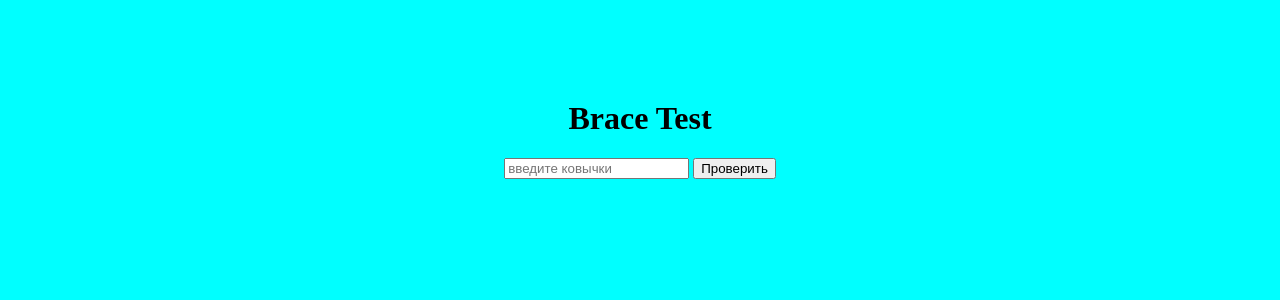
Repository: PGVlasov/braces
Page: index.html
These files come from the project's save history. The page is drawn as it stood at one moment and after the next save; the edit follows.
The browser window is 1280 px wide. The pictures show the whole page.

Above is the page before, as saved 2021-04-06 19:55:23.

After the next save:
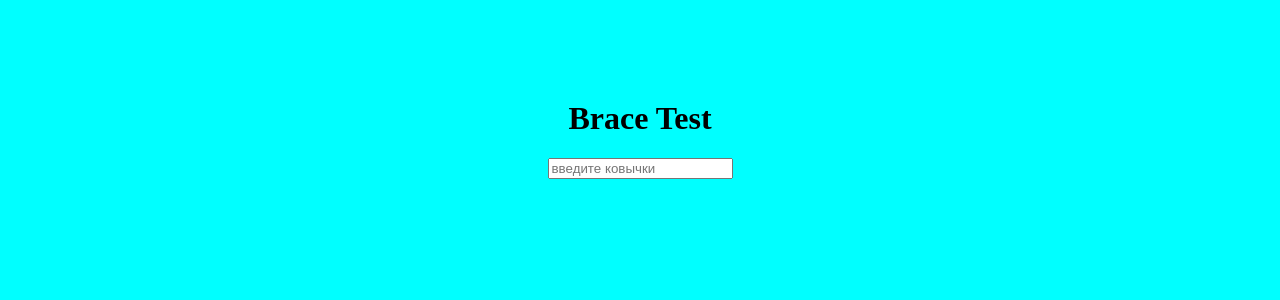
Saved 79 s later.
--- a/index.html
+++ b/index.html
@@ -9,7 +9,6 @@
         id="inputValue"
         placeholder="введите ковычки"
       />
-      <button class="button-order">Проверить</button>
     </form>
     <script src="index.js"></script>
   </div>
